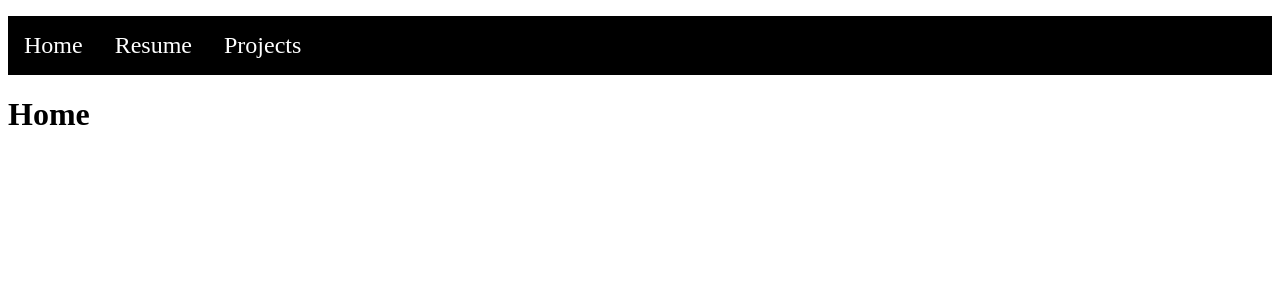
Repository: GiangNguyen2805/GiangNguyen2805.github.io
Page: index.html
The author's editor kept a record of every edit. The page is drawn from the files as they stood at one moment, then again after the next edit.
The browser window is 1280 px wide. The pictures show the whole page.

Above is the page before.

After the next edit:
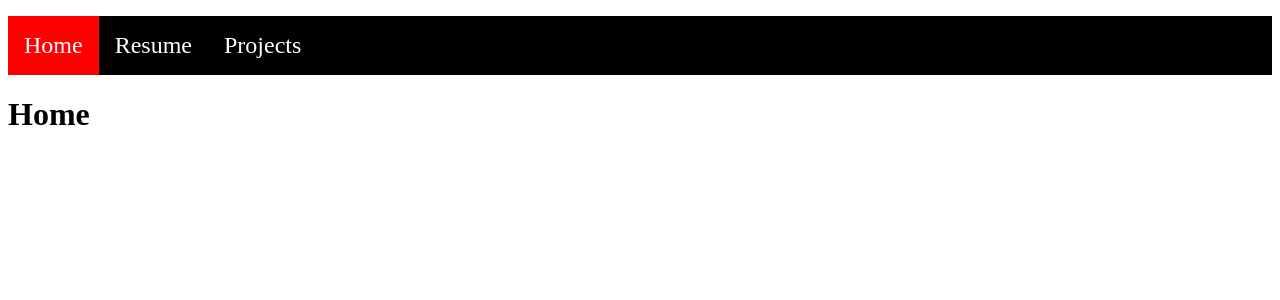
The edit:
--- a/index.html
+++ b/index.html
@@ -36,6 +36,9 @@
    .dropdown:hover .dropdown-content{
        display: block;
    }
+   .active{
+       background-color: red;
+   }
 </style>
 
 
